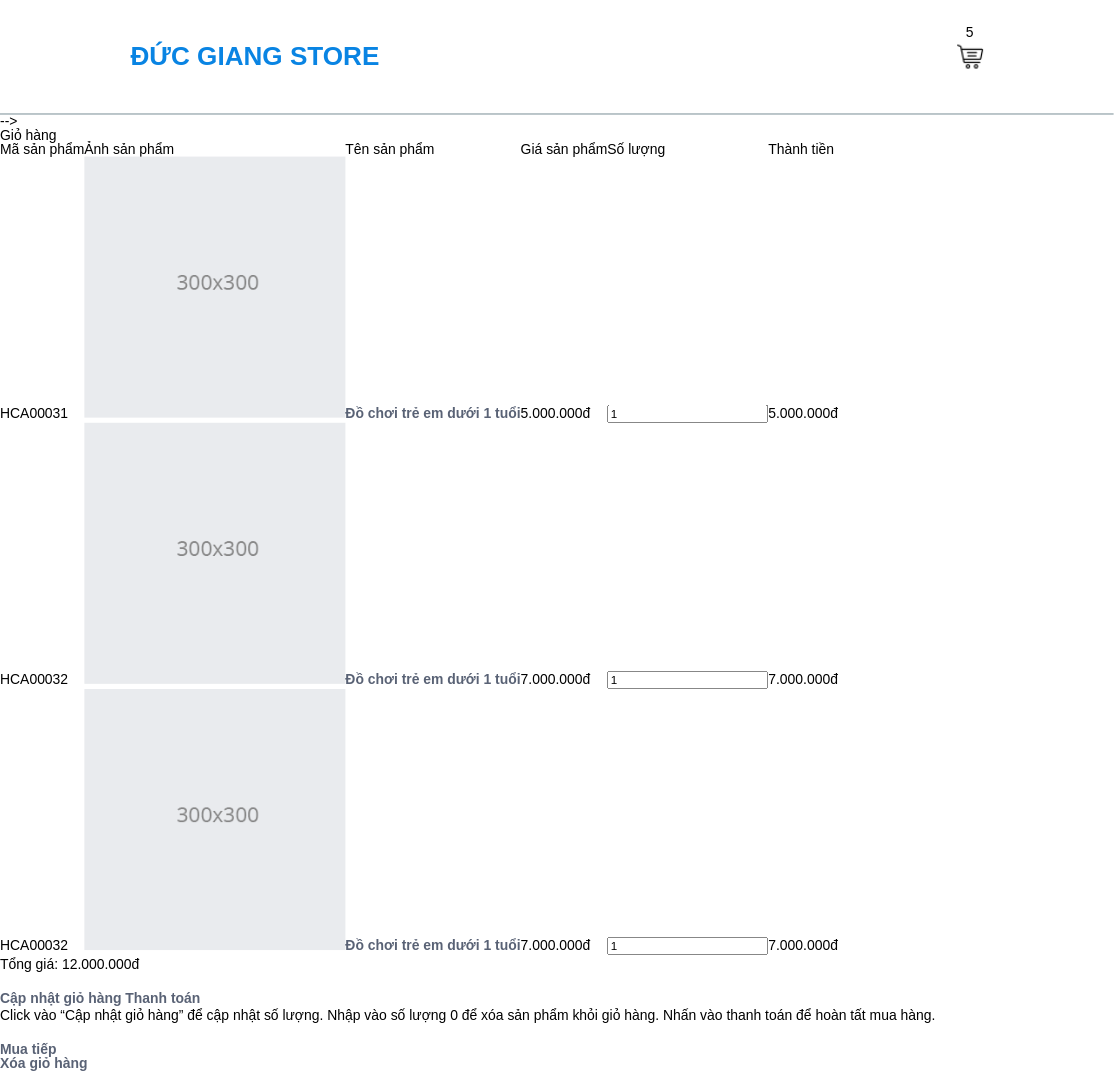
Repository: Giangattt123/PHP
Page: http://localhost/?mod=cart&act=show
An editor plug-in stored every save of this project. The page is shown before and after the next save, followed by the edit.
The browser window is 1280 px wide. The pictures show the whole page, at 87% of full size.
Some icons come from a web library that is not loaded, so they are not drawn. Some web libraries are served in a nearby version. The page is run by PHP 8.4 with error messages shown; the project is at /var/www/html/.

Above is the page before, as saved 2023-03-21 15:22:50.
Console error: TypeError: Cannot read properties of null (reading 'addEventListener')

After the next save:
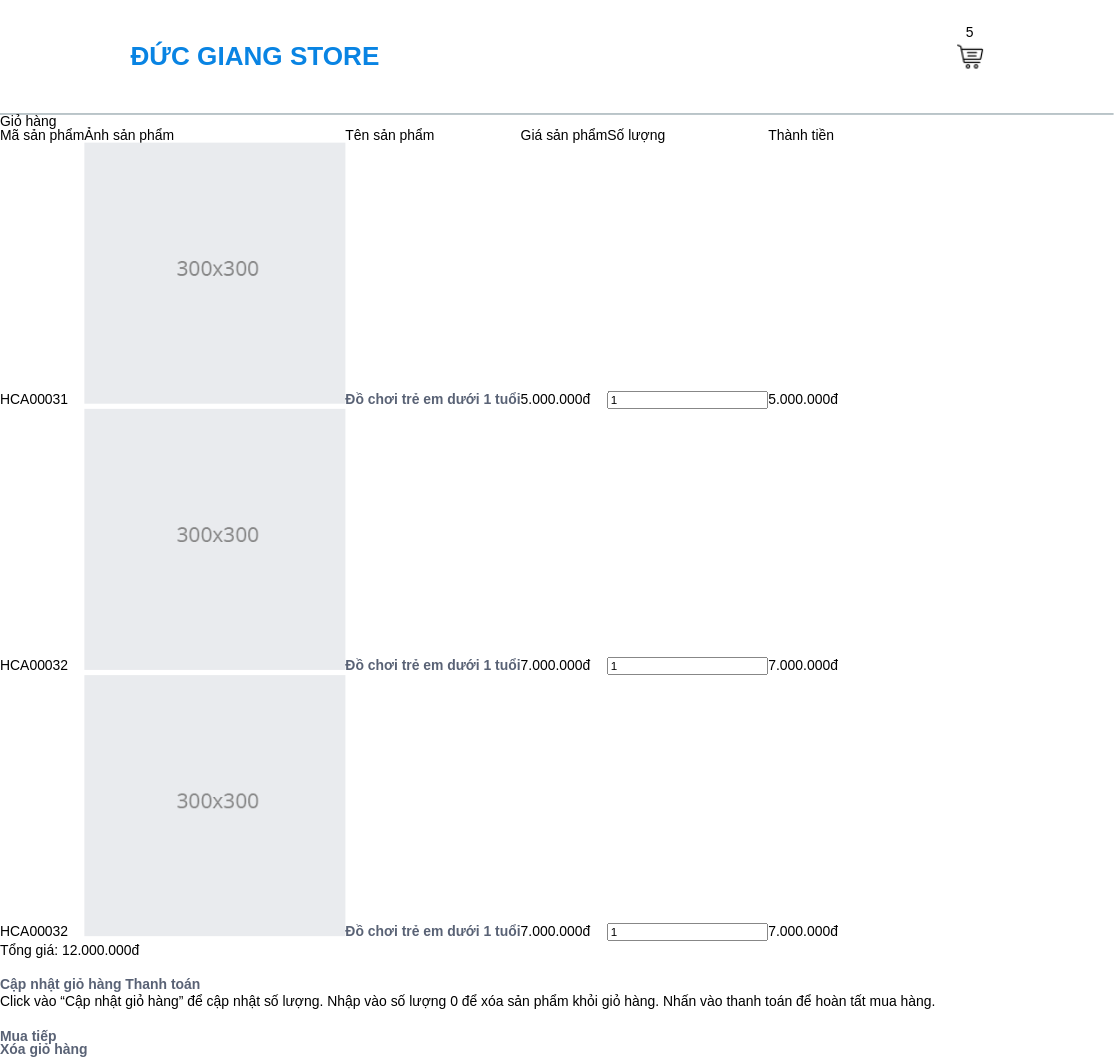
Saved 21 s later.
--- a/PHP_Shopping-Cart/Shopping_Cart/modules/cart/show.php
+++ b/PHP_Shopping-Cart/Shopping_Cart/modules/cart/show.php
@@ -1,7 +1,7 @@
 <!-- # File xử lí => Xem chi tiết sản phẩm -->
-<!-- <?php
-    get_header();
-?> -->
+<?php
+    // get_header();
+?>
 <div id="main-content-wp" class="cart-page">
     <div class="section" id="breadcrumb-wp">
         <div class="wp-inner">
